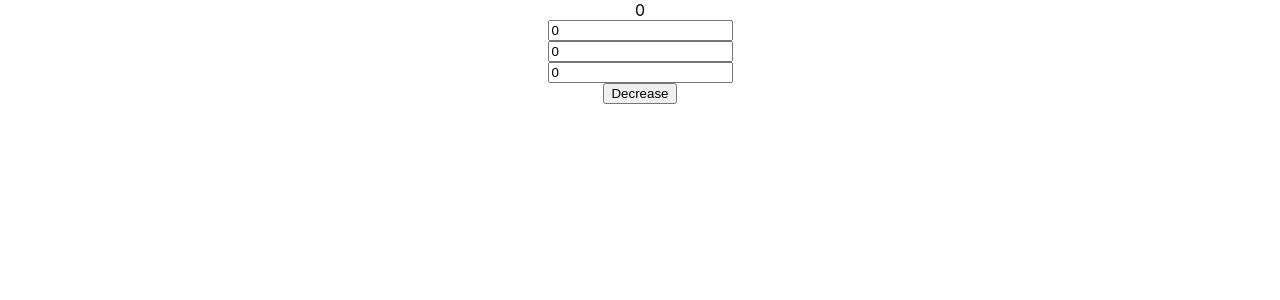
Repository: purnimapatel/SI-calculator
Page: /
These files come from the project's save history. The page is drawn as it stood at one moment and after a run of saves; the edit follows.
The browser window is 1280 px wide. The pictures show the whole page.
The project was rebuilt for these pictures with package versions that can differ from the ones it lists, and the page was loaded fresh each time.

Above is the page before, as saved 2024-08-26 10:57:51.

### src/App.jsx
import logo from './logo.svg';
import './App.css';
import { useState } from 'react';

function App() {
  const[rate, setRate]=(useState(0));
  const[principle, setPrinciple]=(useState(0));
  const[time, setTime]=(useState(0));
  const[res, setRes]=(useState(0));
  return(
    <>

    <div className="container">
    <div>
    {res}
    </div>

    <input id = "rate" type = "Number"
    value = {rate} placeholder="Enter the rate of interest"></input>
    <input id = "principle"
    value = {principle} onChange={(e)=>setPrinciple(Number(e.target.value))}  placeholder="Enter the principle here"></input>
    <input id = "time" value = {rate} onChange={(e)=>setTime(Number(e.target.value))} placeholder="Enter the time here"></input>
    <button className='btn2' onClick={()=> setRes((rate*principle*time)/100)}>Decrease</button>
    </div>
    </>
  )
//   function result(){

//     setRate(0);
//     setPrinciple(0);
//     setTime(0);

// }




}


export default App;

### src/App.css
.App {
  text-align: center;
}
.container{
  display:flex;
  justify-content: center;
  align-items:center;
  flex-direction: column;
}

Loaded but not shown: public/index.html (common file); src/index.js (common file); src/index.css (common file); src/reportWebVitals.js (common file)

After the next 3 saves:
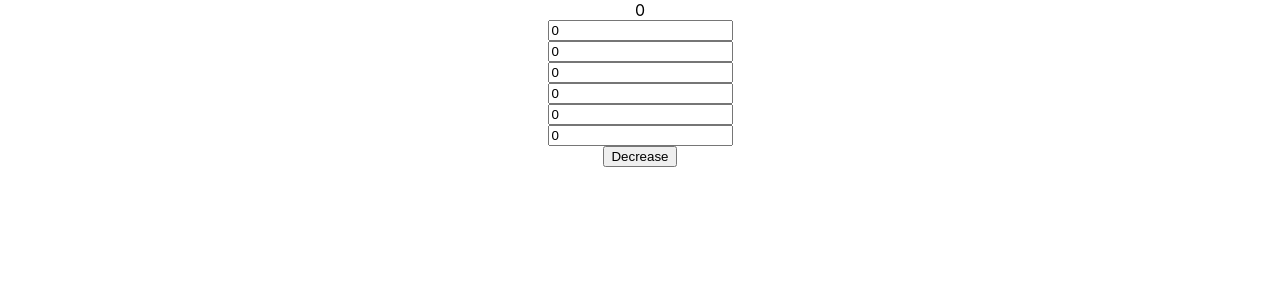
The 3 saves are shown as one change because 2 did not build or start.
The last was saved 4 min 53 s later.
--- a/src/App.jsx
+++ b/src/App.jsx
@@ -15,11 +15,29 @@
     {res}
     </div>
 
-    <input id = "rate" type = "Number"
+    <input id = "rate" type = "number"
     value = {rate} placeholder="Enter the rate of interest"></input>
     <input id = "principle"
     value = {principle} onChange={(e)=>setPrinciple(Number(e.target.value))}  placeholder="Enter the principle here"></input>
     <input id = "time" value = {rate} onChange={(e)=>setTime(Number(e.target.value))} placeholder="Enter the time here"></input>
+    <input
+        type="number"
+        value={rate}
+        onChange={(e) => setRate(Number(e.target.value))}
+        placeholder="Enter second number"
+      />
+      <input
+        type="number"
+        value={principle}
+        onChange={(e) => setPrinciple(Number(e.target.value))}
+        placeholder="Enter third number"
+      />
+      <input
+        type="number"
+        value={time}
+        onChange={(e) => setTime(Number(e.target.value))}
+        placeholder="Enter third number"
+      />
     <button className='btn2' onClick={()=> setRes((rate*principle*time)/100)}>Decrease</button>
     </div>
     </>

After the save that followed:
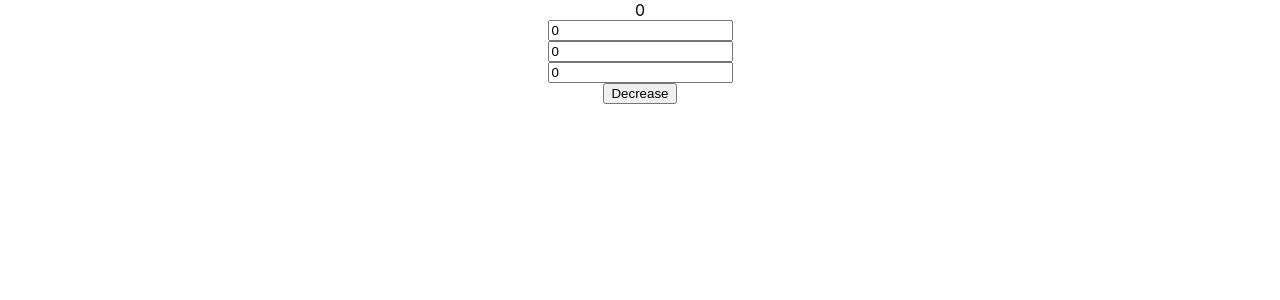
Saved 22 s later.
--- a/src/App.jsx
+++ b/src/App.jsx
@@ -15,11 +15,7 @@
     {res}
     </div>
 
-    <input id = "rate" type = "number"
-    value = {rate} placeholder="Enter the rate of interest"></input>
-    <input id = "principle"
-    value = {principle} onChange={(e)=>setPrinciple(Number(e.target.value))}  placeholder="Enter the principle here"></input>
-    <input id = "time" value = {rate} onChange={(e)=>setTime(Number(e.target.value))} placeholder="Enter the time here"></input>
+
     <input
         type="number"
         value={rate}
